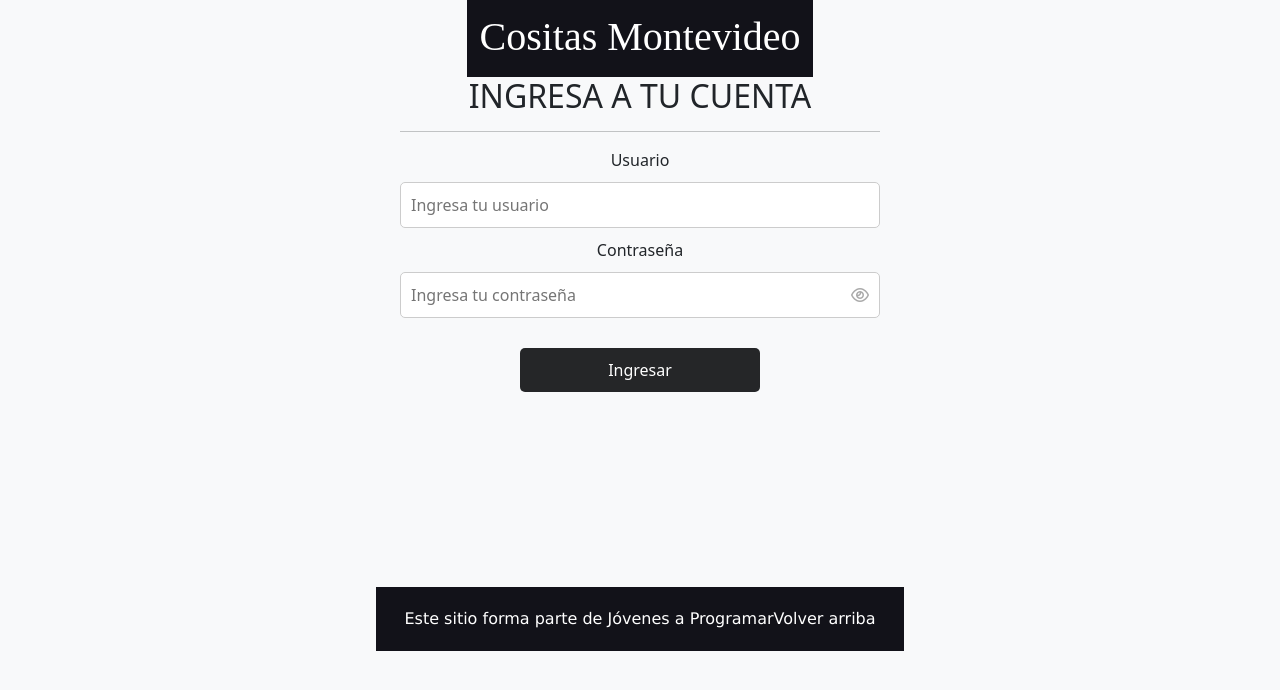
Repository: naticab/proyecto-dw
Page: login.html
These files come from the project's save history. The page is drawn as it stood at one moment and after the next save; the edit follows.
The browser window is 1280 px wide. The pictures show the whole page.
Some web fonts or font styles are not loaded; a fallback is used.

Above is the page before, as saved 2024-09-15 14:25:08.

### login.html
<!DOCTYPE html>
<html lang="es">

<head>
  <meta charset="UTF-8">
  <meta name="viewport" content="width=device-width, initial-scale=1, shrink-to-fit=no">
  <title>eMercado - Todo lo que busques está aquí</title>

  <link href="https://fonts.googleapis.com/css?family=Raleway:300,300i,400,400i,700,700i,900,900i" rel="stylesheet">
  <link href="css/bootstrap.min.css" rel="stylesheet">
  <link href="https://cdn.jsdelivr.net/npm/bootstrap@5.3.0/dist/css/bootstrap.min.css" rel="stylesheet">
  <link href="https://cdn.jsdelivr.net/npm/@fortawesome/fontawesome-free/css/all.min.css" rel="stylesheet">
  <link href="css/styles.css" rel="stylesheet" type="text/css">
  <link rel="stylesheet" href="css/login.css" type="text/css">
  <link href="css/header-and-footer.css" rel="stylesheet">
  <link href="https://fonts.googleapis.com/css2?family=Love+Ya+Like+A+Sister&display=swap" rel="stylesheet">
</head>

<body>

  <header class="py-3">
    <div class="container d-flex justify-content-around align-items-center">
      <h1 class="m-0">Cositas Montevideo</h1>

    </div>
  </header>

  <main>
    <div class="login-container">
      <h2>INGRESA A TU CUENTA</h2>
      <hr>
      <label for="username">Usuario</label>
      <input type="text" id="username" name="username" placeholder="Ingresa tu usuario">

      <label for="password">Contraseña</label>
      <div class="password-container">
        <input type="password" id="password" name="password" placeholder="Ingresa tu contraseña">
        <i class="far fa-eye" id="togglePassword"></i>
      </div>

      <button type="submit" id="button">Ingresar</button>
    </div>
  </main>

  <footer class="text-center py-2">
    <div class="container">
      <div class="footer-content">
        <p class="footer-text">Este sitio forma parte de <a class="footer-link" href="https://jovenesaprogramar.edu.uy/"
            target="_blank">Jóvenes a Programar</a></p>
        <p class="footer-link-end">
          <a class="footer-link" href="#">Volver arriba</a>
        </p>
      </div>
    </div>
  </footer>

  <script src="js/login.js"></script>
  <script src="js/header-and-footer.js"></script>
</body>

</html>

### css/styles.css
.jumbotron,
.card-body,
.container,
.site-header {
  font-family: 'Verdana', serif !important;
}

.jumbotron .display-4 {
  font-weight: bold;
}

nav a {
  text-decoration: none;
}

.bd-placeholder-img {
  font-size: 1.125rem;
  text-anchor: middle;
  -webkit-user-select: none;
  -moz-user-select: none;
  -ms-user-select: none;
  user-select: none;
}

@media (min-width: 768px) {
  .bd-placeholder-img-lg {
    font-size: 3.5rem;
  }
}

.jumbotron {
  height: 50vh;
  padding: 5em inherit;
  margin-bottom: 0;
  background-color: #53C0FB;
  background: url('../img/cover_back.png');
  background-size: cover;
  background-position: center;
  background-repeat: no-repeat;
  color: black;
  font-weight: bold;
}

@media (min-width: 768px) {
  .jumbotron {
    padding-top: 6rem;
    padding-bottom: 6rem;
  }
}

.jumbotron p:last-child {
  margin-bottom: 0;
}

.jumbotron-heading {
  font-weight: 300;
}

.jumbotron .container {
  max-width: 40rem;
  background-color: rgba(255, 255, 255, 0.5);
  border-radius: 10px;
  text-shadow: 1px 1px 2px grey;
}

.jumbotron .lead {
  font-size: 38px;
}

.dropzone {
  border: 2px dashed #0087F7;
  border-radius: 5px;
  background: white;
}

.img-fit {
  max-height: 100%;
}

.alert {
  position: fixed;
  top: 80px;
  width: 50%;
  left: 50%;
  transform: translate(-50%, 0);
}

.lds-ring {
  display: inline-block;
  position: relative;
  width: 64px;
  height: 64px;
  top: 50%;
  left: 50%;
}

.cursor-active {
  cursor: pointer;
}

.left {
  float: left;
  padding: 4px;
  background-color: rgba(255, 255, 255, 0.5);
}

.lds-ring div {
  box-sizing: border-box;
  display: block;
  position: absolute;
  width: 51px;
  height: 51px;
  margin: 6px;
  border: 6px solid #fff;
  border-radius: 50%;
  animation: lds-ring 1.2s cubic-bezier(0.5, 0, 0.5, 1) infinite;
  border-color: #fff transparent transparent transparent;
}

.lds-ring div:nth-child(1) {
  animation-delay: -0.45s;
}

.lds-ring div:nth-child(2) {
  animation-delay: -0.3s;
}

.lds-ring div:nth-child(3) {
  animation-delay: -0.15s;
}

@keyframes lds-ring {
  0% {
    transform: rotate(0deg);
  }

  100% {
    transform: rotate(360deg);
  }
}

.signin {
  width: 100%;
  max-width: 330px;
  padding: 15px;
  margin: auto;
}

#spinner-wrapper {
  position: fixed;
  background-color: rgba(0, 0, 0, 0.5);
  width: 100%;
  height: 100%;
  top: 0;
  left: 0;
  z-index: 1021;
  display: none;
}

main {
  min-height: calc(100vh - 210px);
}

a.custom-card,
a.custom-card:hover {
  color: inherit;
  text-decoration: inherit;
}

.checked {
  color: orange;
}

### css/login.css
body {
    display: flex;
    flex-direction: column;
    justify-content: center;
    align-items: center;
    height: 90vh;
    background-color: #f8f9fa;
    text-align: center;
}

.login-container {
    width: 30em;
}

input {
    width: 100%;
    padding: 10px;
    margin: 10px 0;
    border-radius: 5px;
    border: 1px solid #ccc;
}

.password-container {
    position: relative;
}

.password-container i {
    position: absolute;
    right: 10px;
    top: 50%;
    transform: translateY(-50%);
    cursor: pointer;
    color: #aaa;
}

button {
    width: 50%;
    padding: 10px;
    margin-top: 20px;
    border: none;
    border-radius: 5px;
    background-color: #252628;
    color: white;
    cursor: pointer;
}

button:hover {
    background-color: #3f3f3f;
}

@media (max-width: 768px) {
    .login-container {
        width: 25em;
    }
}

@media (max-width: 576px) {

    body {
        background-color: #AAA8A4;
    }

    .login-container {
        width: 20em;
        padding: 15px;
    }

    button {
        width: 50%;
    }

    input {
        margin: 5px 0;
    }

    footer {
        visibility: hidden;
    }
}

### css/header-and-footer.css
header {
    background: #121219;
    color: #fff;
    position: relative;
}

h1 {
    font-family: "Love Ya Like A Sister", cursive;

}

a.nav-link {
    color: #f1f1f1;
}

a.nav-link:hover {
    color: #9b9a9b;
    transition: color 0.3s, text-shadow 0.3s;
    transform: scale(1.05);
}

/* Espaciado entre los elementos del menú */
.navbar-nav .nav-item {
    margin-right: 40px;
}

.navbar-nav .nav-item:last-child {
    margin-right: 0; /* Quitar margen derecho al último elemento */
}

#user-name.nav-link {
    color: #f1f1f1;
}

#user-name.nav-link:hover {
    color: #9b9a9b;
    transform: scale(1.05);
    transition: color 0.3s, text-shadow 0.3s;
}

.navbar-collapse {
    justify-content: flex-end;
}

.navbar-toggler:hover {
    cursor: pointer;
}

@media (max-width: 995px) {

    .navbar-collapse {
        display: none;
        position: absolute;
        top: 100%;
        left: -40px;
        width: 240%;
        z-index: 999;
        flex-direction: column-reverse;
        align-items: center;
justify-content: center;    }

    .navbar-collapse.show {
        display: flex;
    }

    .navbar-nav {
        background: #121219;
        color: #fff;
        padding: 1.5rem;
        border-radius: 0 0 100px 100px;
        font-weight: bold;
        text-align: center;
        display: flex;
        justify-content: center; /* Centra horizontalmente todos los li */
        align-items: center; /* Centra verticalmente los li */
        width: 100%;
    }

    .navbar-toggler-icon {
        background-image: url('data:[embedded picture, 238 characters]');
        filter: brightness(0) invert(1); /* Cambia el icono a blanco */
    }


    .navbar-nav:hover {
        cursor: pointer;
    }

    a.nav-link:hover {
        color: #9b9a9b;
        transition: color 0.3s, text-shadow 0.3s;
        transform: scale(1.05);
    }

    .navbar-nav .nav-item {
        margin: 10px 0;
    }
}


footer {
    background: #121219;
    color: #fff;
    min-height: 4rem;
    display: flex;
    justify-content: center;
    align-items: center;
    padding: 0 1rem; /* Ajusta el padding si es necesario */
}

.container {
    width: 100%;
}

.footer-content {
    display: flex;
    justify-content: space-between;
    width: 100%;
    align-items: center;
}

.footer-text {
    margin: 0;
    text-align: center;
}

.footer-link-end {
    margin: 0;
    text-align: right;
}

.footer-link {
    color: #fff;
    text-decoration: none;
}

.footer-link:hover {
    color: #9b9a9b;
    transition: color 0.3s, text-shadow 0.3s;
    transform: scale(1.05);
}

### js/login.js
document.getElementById('togglePassword').addEventListener('click', function () {
    const passwordField = document.getElementById('password');
    const type = passwordField.getAttribute('type') === 'password' ? 'text' : 'password';
    passwordField.setAttribute('type', type);

    this.classList.toggle('fa-eye-slash');
});

### js/header-and-footer.js
document.addEventListener('click', function(event) {
    var navbar = document.querySelector('.navbar-collapse');
    var toggler = document.querySelector('.navbar-toggler');

    // Si el menú está abierto y se hace clic fuera de él, lo cierra
    if (navbar.classList.contains('show') && !navbar.contains(event.target) && !toggler.contains(event.target)) {
        var bsCollapse = new bootstrap.Collapse(navbar, {
            toggle: false
        });
        bsCollapse.hide();
    }
});

// Cerrar el menú automáticamente al hacer clic en cualquier enlace
var navLinks = document.querySelectorAll('.nav-link');
navLinks.forEach(function(link) {
    link.addEventListener('click', function() {
        var navbar = document.querySelector('.navbar-collapse');
        var bsCollapse = new bootstrap.Collapse(navbar, {
            toggle: false
        });
        bsCollapse.hide();
    });
});

Loaded but not shown: css/bootstrap.min.css (library)

After the next save:
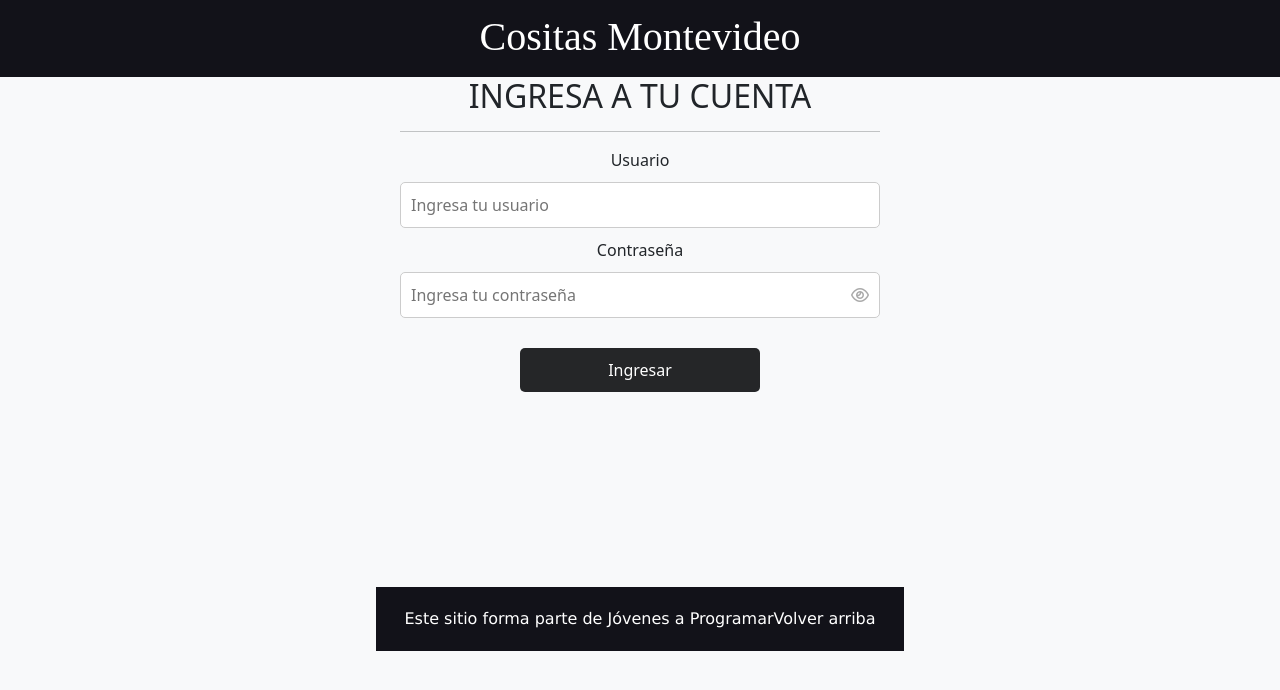
Saved 3 min 15 s later.
--- a/css/login.css
+++ b/css/login.css
@@ -48,6 +48,32 @@
     background-color: #3f3f3f;
 }
 
+
+header {
+    background: #121219;
+    color: #fff;
+    width: 100%;
+    display: flex;
+    justify-content: center;
+    align-items: center;
+    padding: 1rem 0; /* Añade padding arriba y abajo del header */
+    box-sizing: border-box; /* Asegúrate de que el padding no afecte el ancho total */
+}
+
+.header-container {
+    width: 100%;
+    max-width: 1200px; /* Ajusta el max-width si necesitas limitar el ancho */
+    text-align: center;
+}
+
+h1 {
+    font-family: "Love Ya Like A Sister", cursive;
+    margin: 0;
+}
+
+
+
+
 @media (max-width: 768px) {
     .login-container {
         width: 25em;

After the 2 saves that followed:
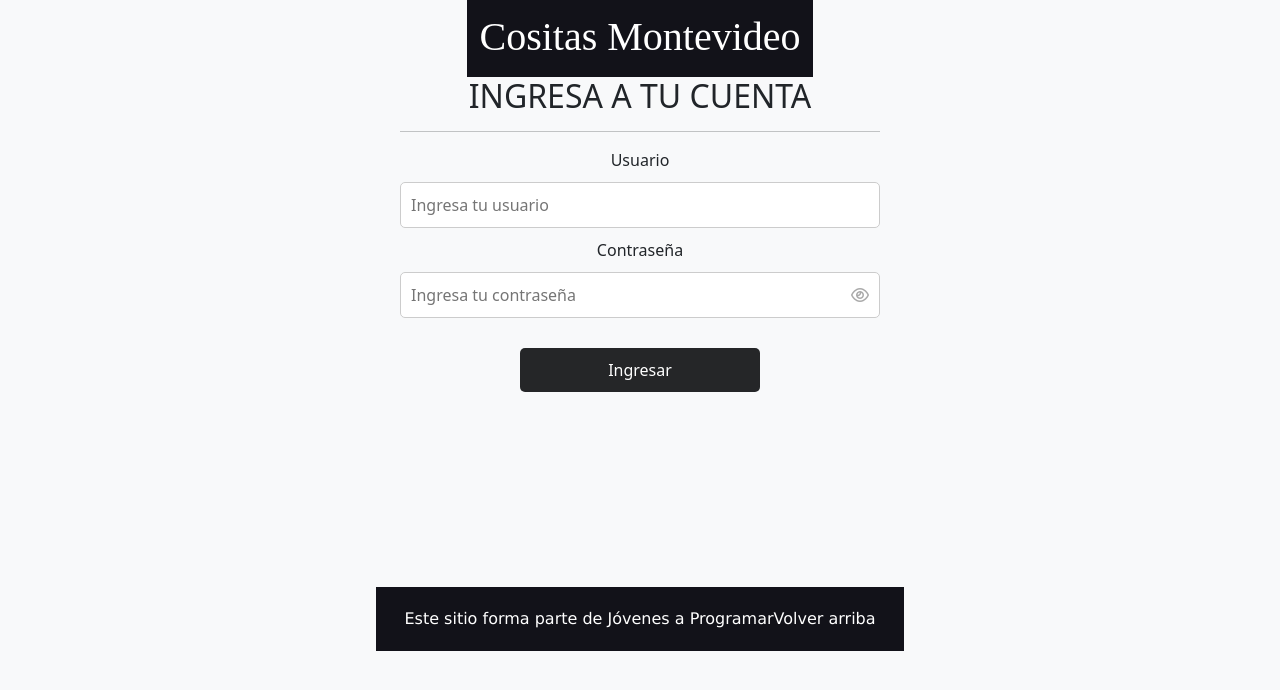
The 2 saves are shown as one change because 1 left the picture as it was.
The last was saved 20 s later.
--- a/css/login.css
+++ b/css/login.css
@@ -49,28 +49,6 @@
 }
 
 
-header {
-    background: #121219;
-    color: #fff;
-    width: 100%;
-    display: flex;
-    justify-content: center;
-    align-items: center;
-    padding: 1rem 0; /* Añade padding arriba y abajo del header */
-    box-sizing: border-box; /* Asegúrate de que el padding no afecte el ancho total */
-}
-
-.header-container {
-    width: 100%;
-    max-width: 1200px; /* Ajusta el max-width si necesitas limitar el ancho */
-    text-align: center;
-}
-
-h1 {
-    font-family: "Love Ya Like A Sister", cursive;
-    margin: 0;
-}
-
 
 
 
